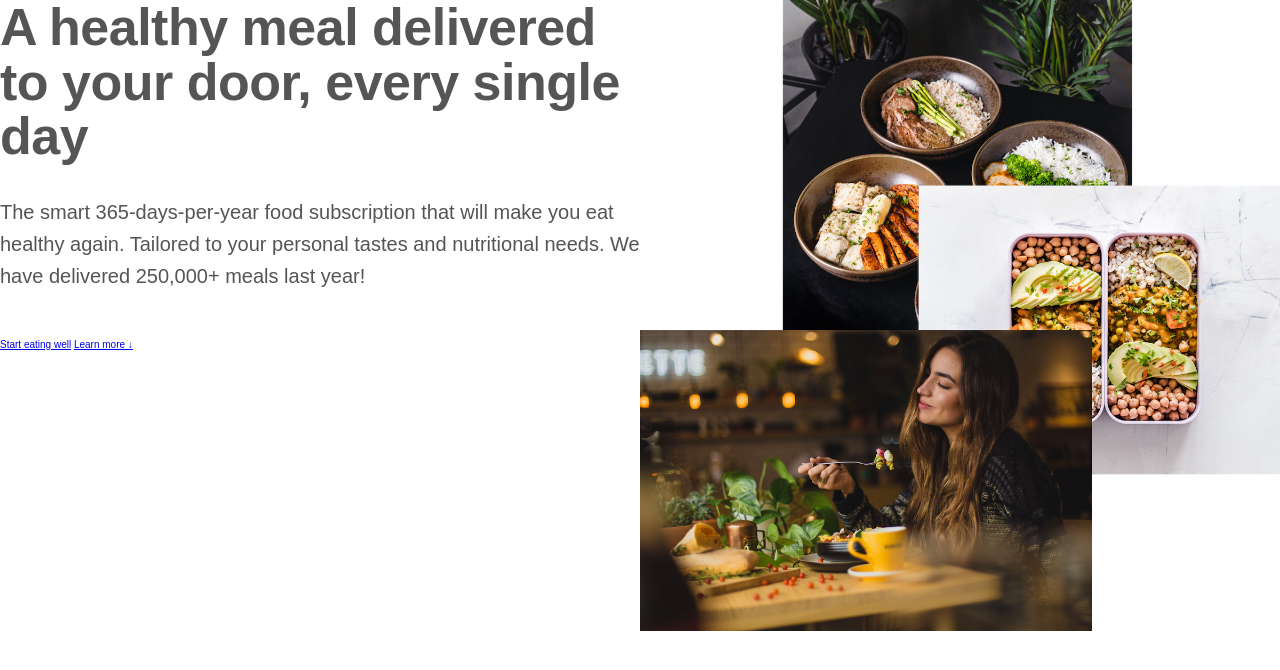
Repository: WefsCao/Omnifood
Page: index.html
An editor plug-in stored every save of this project. The page is shown before and after the next save, followed by the edit.
The browser window is 1280 px wide. The pictures show the whole page.

Above is the page before, as saved 2022-06-04 12:37:22.

### index.html
<!DOCTYPE html>
<html lang="en">
  <head>
    <meta charset="UTF-8" />
    <meta http-equiv="X-UA-Compatible" content="IE=edge" />
    <meta name="viewport" content="width=device-width, initial-scale=1.0" />
    <!-- <link
      href="https://fonts.googleapis.com/css2?wght@400;500;600;700&display=swap"
      rel="stylesheet"
    /> -->
    <link rel="stylesheet" href="./css/style.css" />
    <title>Omnifood</title>
  </head>
  <body>
    <section class="section-hero">
      <div class="hero">
        <div class="hero-text-box">
          <h1 class="heading-primary">
            A healthy meal delivered to your door, every single day
          </h1>
          <p class="hero-description">
            The smart 365-days-per-year food subscription that will make you eat
            healthy again. Tailored to your personal tastes and nutritional
            needs. We have delivered 250,000+ meals last year!
          </p>
          <a href="#">Start eating well</a>
          <a href="#">Learn more &darr;</a>
        </div>
        <div class="hero-img-box">
          <img src="img/hero.png" alt="Hero of image" class="hero-img" />
        </div>
      </div>
    </section>
  </body>
</html>

### css/style.css
/*
--- 01 TYPOGRAPHY
- Font size system (px)
    10 / 12 / 14 / 16 / 18 / 20 / 24 / 30 / 36 / 44 / 52 / 62 / 74 / 86 / 98

- Font weights:
Default: 400

- Line heights:
Default: 1


--- 02 COLOR

- Primary: #e67e22
- Tints: #fdf2e9
- Shades: #cf711f
- Accents:
- Grey:
 #555
 #333

 --- 05 SHADOW

 --- 06 BORDER RADIUS

 --- 07 WHITE SPACES
 - Spacint system (px)
 2 / 4 / 8 / 12 / 16 / 24 / 32 / 48 / 64 / 80 / 96 / 128
*/
html {
  font-size: 62.5%;
}
* {
  margin: 0;
  padding: 0;
  box-sizing: border-box;
}
body {
  font-family: sans-serif;
  color: #555;
  font-weight: 400;
  line-height: 1;
}

.hero {
  display: grid;
  grid-template-columns: 1fr 1fr;
  max-width: 130rem;
  margin: 0 auto;
}
.heading-primary {
  font-size: 5.2rem;
  line-height: 1.05;
  font-weight: 700;
  letter-spacing: -0.5px;
  margin-bottom: 3.2rem;
}
.hero-description {
  font-size: 2rem;
  line-height: 1.6;
  margin-bottom: 4.8rem;
}
.hero-img {
  width: 100%;
}

After the next save:
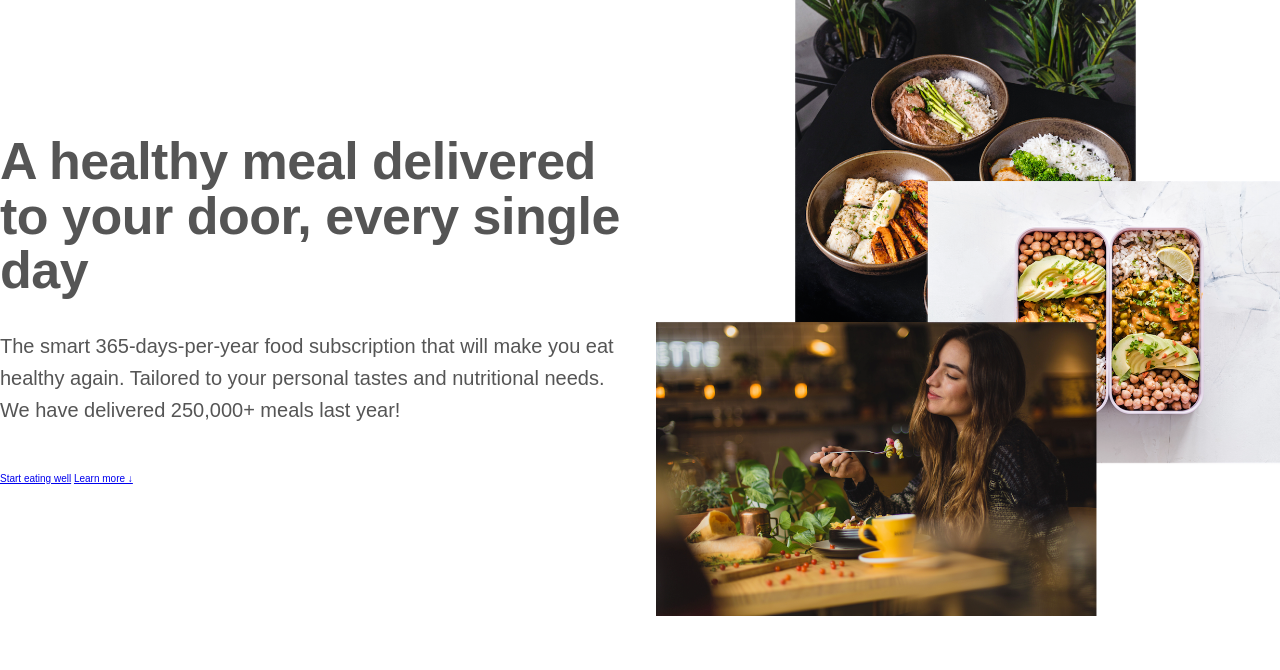
Saved 29 s later.
--- a/css/style.css
+++ b/css/style.css
@@ -46,6 +46,8 @@
 .hero {
   display: grid;
   grid-template-columns: 1fr 1fr;
+  gap: 3.2rem;
+  align-items: center;
   max-width: 130rem;
   margin: 0 auto;
 }
